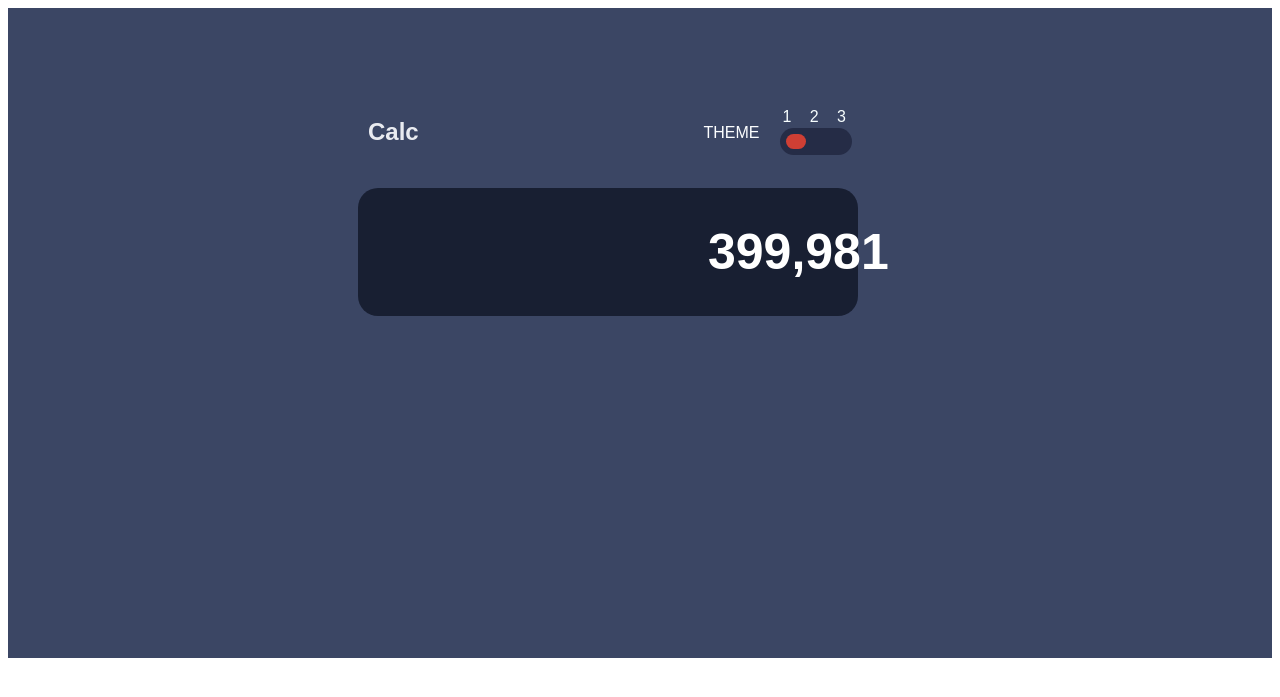
Repository: Bakyproit/Calcutor
Page: SimpleCalculatorApp.html
The author's editor kept a copy of each file at every save. The page is drawn from the files as they stood at one save, then again after the next save.
The browser window is 1280 px wide. The pictures show the whole page.

Above is the page before, as saved 2022-02-09 16:10:28.

### SimpleCalculatorApp.html
<!DOCTYPE html>
<html lang="en">
<head>
    <meta charset="UTF-8">
    <meta http-equiv="X-UA-Compatible" content="IE=edge">
    <meta name="viewport" content="width=device-width, initial-scale=1.0">
    <title>SimpleCalculatorApp</title>
    <link rel="stylesheet" href="asset/App.css">
    <link rel="stylesheet" href="asset/grid.css">
</head>
<body>
    <div class="container">
        <div class="app">
            <div class="app__title">
                <h1 class="app__title-name">Calc</h1>
                <div class="app__title-theme">
                    <p class="app__title-theme-name">THEME</p>
                    <div class="app__title-theme-box">
                        <div class="app__title-theme-box-number">
                            <span class="app__title-theme-box-number-1">1</span>
                            <span class="app__title-theme-box-number-2">2</span>
                            <span class="app__title-theme-box-number-3">3</span>
                        </div>
                        <div class="app__title-theme-box-toggle">
                            <label for="toggle-input" class="toggle">
                                <input type="checkbox" id="toggle-input" class="toggle__checkbox">
                                <div class="toggle__bar">
                                    <div class="toggle__spin"></div>
                                </div>
                            </label>
                        </div>
                    </div>
                </div>
            </div>

            <div class="app__content">
                <h1 class="app__content-number">399,981</h1>
            </div>
        </div>
    </div>
</body>
</html>

### asset/App.css
html{
    font-family:Arial, Helvetica, sans-serif ;
    box-sizing: border-box;
    padding: 0 ;
    margin: 0;
}
h1{
    margin: 0;
}

.container{
    height: 650px;
    width: 100%;
    background-color: #3b4664;
    position: relative;
}
.app{
    width: 500px;
    position:absolute ;
    top:100px ;
    left:350px;

}
.app__title{
    display: flex;
    justify-content:space-between;

}
.app__title-name{
    color : #e9ebf0 ;
    font-size: 24px;
    padding: 10px;
}
.app__title-theme{
    display: flex;
}
.app__title-theme-name{
    color :20px ;
    color:#fcfeff ;
    margin-right: 16px;
}
.app__title-theme-box{
    display: flex;
    flex-direction: column;
    padding-right: 5px;
}
.app__title-theme-box-number{
    color : #f8ffff ;
}
.app__title-theme-box-number-1{
    padding: 0 7px;
}
.app__title-theme-box-number-2{
    padding: 0 7px;

}
.app__title-theme-box-number-3{
    padding: 0 7px;

}
.app__title-theme-box-toggle{
    padding-top: 2px;
    padding-left: 5px;
}
.toggle__checkbox{
    display: none;
}
.toggle__bar{
    width: 60px;
    height: 15px;
    background-color: #252c46;
    border-radius: 5rem;
    /* transition: background-color 4s linear; */
    padding: 6px;
}
.toggle__spin{
    width: 20px;
    height: 15px;
    background-color: #cf3f34;
    border-radius: 3rem;
    transition: transform .3s linear;
}
.toggle__checkbox:checked ~ .toggle__bar{
    background-color: #a2aac6;
}
.toggle__checkbox:checked + .toggle__bar .toggle__spin {
    transform: translateX(2.5rem);
}


.app__content{
    background-color: #181f32;
    margin:30px 0;
    border-radius: 20px;
}
.app__content-number{
    padding: 35px 0 ;
    padding-left: 350px;
    color: #fff ;
    font-size: 50px;

}

### asset/grid.css
.grid {
    width: 100%;
    display: block;
    padding: 0;

}

.grid.wide {
    max-width: 1200px;
    margin: 0 auto;
}

.row {
    display: flex;
    flex-wrap: wrap;
    margin-left: -4px;
    margin-right: -4px;
}

.row.no-gutters {
    margin-left: 0;
    margin-right: 0;
}

.col {
    padding-left: 4px;
    padding-right: 4px;
}

.row.no-gutters .col {
    padding-left: 0;
    padding-right: 0;
}

.c-0 {
    display: none;
}

.c-1 {
    flex: 0 0 8.33333%;
    max-width: 8.33333%;
}

.c-2 {
    flex: 0 0 16.66667%;
    max-width: 16.66667%;
}

.c-3 {
    flex: 0 0 25%;
    max-width: 25%;
}

.c-4 {
    flex: 0 0 33.33333%;
    max-width: 33.33333%;
}

.c-5 {
    flex: 0 0 41.66667%;
    max-width: 41.66667%;
}

.c-6 {
    flex: 0 0 50%;
    max-width: 50%;
}

.c-7 {
    flex: 0 0 58.33333%;
    max-width: 58.33333%;
}

.c-8 {
    flex: 0 0 66.66667%;
    max-width: 66.66667%;
}

.c-9 {
    flex: 0 0 75%;
    max-width: 75%;
}

.c-10 {
    flex: 0 0 83.33333%;
    max-width: 83.33333%;
}

.c-11 {
    flex: 0 0 91.66667%;
    max-width: 91.66667%;
}

.c-12 {
    flex: 0 0 100%;
    max-width: 100%;
}

.c-o-1 {
    margin-left: 8.33333%;
}

.c-o-2 {
    margin-left: 16.66667%;
}

.c-o-3 {
    margin-left: 25%;
}

.c-o-4 {
    margin-left: 33.33333%;
}

.c-o-5 {
    margin-left: 41.66667%;
}

.c-o-6 {
    margin-left: 50%;
}

.c-o-7 {
    margin-left: 58.33333%;
}

.c-o-8 {
    margin-left: 66.66667%;
}

.c-o-9 {
    margin-left: 75%;
}

.c-o-10 {
    margin-left: 83.33333%;
}

.c-o-11 {
    margin-left: 91.66667%;
}

/* >= Tablet */
@media (min-width: 740px) {
    .row {
        margin-left: -8px;
        margin-right: -8px;
    }

    .col {
        padding-left: 8px;
        padding-right: 8px;
    }

    .m-0 {
        display: none;
    }

    .m-1,
    .m-2,
    .m-3,
    .m-4,
    .m-5,
    .m-6,
    .m-7,
    .m-8,
    .m-9,
    .m-10,
    .m-11,
    .m-12 {
        display: block;
    }

    .m-1 {
        flex: 0 0 8.33333%;
        max-width: 8.33333%;
    }

    .m-2 {
        flex: 0 0 16.66667%;
        max-width: 16.66667%;
    }

    .m-3 {
        flex: 0 0 25%;
        max-width: 25%;
    }

    .m-4 {
        flex: 0 0 33.33333%;
        max-width: 33.33333%;
    }

    .m-5 {
        flex: 0 0 41.66667%;
        max-width: 41.66667%;
    }

    .m-6 {
        flex: 0 0 50%;
        max-width: 50%;
    }

    .m-7 {
        flex: 0 0 58.33333%;
        max-width: 58.33333%;
    }

    .m-8 {
        flex: 0 0 66.66667%;
        max-width: 66.66667%;
    }

    .m-9 {
        flex: 0 0 75%;
        max-width: 75%;
    }

    .m-10 {
        flex: 0 0 83.33333%;
        max-width: 83.33333%;
    }

    .m-11 {
        flex: 0 0 91.66667%;
        max-width: 91.66667%;
    }

    .m-12 {
        flex: 0 0 100%;
        max-width: 100%;
    }

    .m-o-1 {
        margin-left: 8.33333%;
    }

    .m-o-2 {
        margin-left: 16.66667%;
    }

    .m-o-3 {
        margin-left: 25%;
    }

    .m-o-4 {
        margin-left: 33.33333%;
    }

    .m-o-5 {
        margin-left: 41.66667%;
    }

    .m-o-6 {
        margin-left: 50%;
    }

    .m-o-7 {
        margin-left: 58.33333%;
    }

    .m-o-8 {
        margin-left: 66.66667%;
    }

    .m-o-9 {
        margin-left: 75%;
    }

    .m-o-10 {
        margin-left: 83.33333%;
    }

    .m-o-11 {
        margin-left: 91.66667%;
    }
}

/* PC medium resolution > */
@media (min-width: 1113px) {
    .row {
        margin-left: -6px;
        margin-right: -6px;
    }

    .row.sm-gutter {
        margin-left: -5px;
        margin-right: -5px;
    }

    .col {
        padding-left: 6px;
        padding-right: 6px;
    }

    .row.sm-gutter .col {
        padding-left: 5px;
        padding-right: 5px;
    }

    .l-0 {
        display: none;
    }

    .l-1,
    .l-2,
    .l-2-4,
    .l-3,
    .l-4,
    .l-5,
    .l-6,
    .l-7,
    .l-8,
    .l-9,
    .l-10,
    .l-11,
    .l-12 {
        display: block;
    }

    .l-1 {
        flex: 0 0 8.33333%;
        max-width: 8.33333%;
    }

    .l-2 {
        flex: 0 0 16.66667%;
        max-width: 16.66667%;
    }

    .l-2-4 {
        flex: 0 0 20%;
        max-width: 20%;
    }

    .l-3 {
        flex: 0 0 25%;
        max-width: 25%;
    }

    .l-4 {
        flex: 0 0 33.33333%;
        max-width: 33.33333%;
    }

    .l-5 {
        flex: 0 0 41.66667%;
        max-width: 41.66667%;
    }

    .l-6 {
        flex: 0 0 50%;
        max-width: 50%;
    }

    .l-7 {
        flex: 0 0 58.33333%;
        max-width: 58.33333%;
    }

    .l-8 {
        flex: 0 0 66.66667%;
        max-width: 66.66667%;
    }

    .l-9 {
        flex: 0 0 75%;
        max-width: 75%;
    }

    .l-10 {
        flex: 0 0 83.33333%;
        max-width: 83.33333%;
    }

    .l-11 {
        flex: 0 0 91.66667%;
        max-width: 91.66667%;
    }

    .l-12 {
        flex: 0 0 100%;
        max-width: 100%;
    }

    .l-o-1 {
        margin-left: 8.33333%;
    }

    .l-o-2 {
        margin-left: 16.66667%;
    }

    .l-o-3 {
        margin-left: 25%;
    }

    .l-o-4 {
        margin-left: 33.33333%;
    }

    .l-o-5 {
        margin-left: 41.66667%;
    }

    .l-o-6 {
        margin-left: 50%;
    }

    .l-o-7 {
        margin-left: 58.33333%;
    }

    .l-o-8 {
        margin-left: 66.66667%;
    }

    .l-o-9 {
        margin-left: 75%;
    }

    .l-o-10 {
        margin-left: 83.33333%;
    }

    .l-o-11 {
        margin-left: 91.66667%;
    }
}

/* Tablet - PC low resolution */
@media (min-width: 740px) and (max-width: 1023px) {
    .wide {
        width: 644px;
    }
}

/* > PC low resolution */
@media (min-width: 1024px) and (max-width: 1239px) {
    .wide {
        width: 984px;
    }

    .wide .row {
        margin-left: -12px;
        margin-right: -12px;
    }

    .wide .row.sm-gutter {
        margin-left: -5px;
        margin-right: -5px;
    }

    .wide .col {
        padding-left: 12px;
        padding-right: 12px;
    }

    .wide .row.sm-gutter .col {
        padding-left: 5px;
        padding-right: 5px;
    }

    .wide .l-0 {
        display: none;
    }

    .wide .l-1,
    .wide .l-2,
    .wide .l-2-4,
    .wide .l-3,
    .wide .l-4,
    .wide .l-5,
    .wide .l-6,
    .wide .l-7,
    .wide .l-8,
    .wide .l-9,
    .wide .l-10,
    .wide .l-11,
    .wide .l-12 {
        display: block;
    }

    .wide .l-1 {
        flex: 0 0 8.33333%;
        max-width: 8.33333%;
    }

    .wide .l-2 {
        flex: 0 0 16.66667%;
        max-width: 16.66667%;
    }

    .wide .l-2-4 {
        flex: 0 0 20%;
        max-width: 20%;
    }

    .wide .l-3 {
        flex: 0 0 25%;
        max-width: 25%;
    }

    .wide .l-4 {
        flex: 0 0 33.33333%;
        max-width: 33.33333%;
    }

    .wide .l-5 {
        flex: 0 0 41.66667%;
        max-width: 41.66667%;
    }

    .wide .l-6 {
        flex: 0 0 50%;
        max-width: 50%;
    }

    .wide .l-7 {
        flex: 0 0 58.33333%;
        max-width: 58.33333%;
    }

    .wide .l-8 {
        flex: 0 0 66.66667%;
        max-width: 66.66667%;
    }

    .wide .l-9 {
        flex: 0 0 75%;
        max-width: 75%;
    }

    .wide .l-10 {
        flex: 0 0 83.33333%;
        max-width: 83.33333%;
    }

    .wide .l-11 {
        flex: 0 0 91.66667%;
        max-width: 91.66667%;
    }

    .wide .l-12 {
        flex: 0 0 100%;
        max-width: 100%;
    }

    .wide .l-o-1 {
        margin-left: 8.33333%;
    }

    .wide .l-o-2 {
        margin-left: 16.66667%;
    }

    .wide .l-o-3 {
        margin-left: 25%;
    }

    .wide .l-o-4 {
        margin-left: 33.33333%;
    }

    .wide .l-o-5 {
        margin-left: 41.66667%;
    }

    .wide .l-o-6 {
        margin-left: 50%;
    }

    .wide .l-o-7 {
        margin-left: 58.33333%;
    }

    .wide .l-o-8 {
        margin-left: 66.66667%;
    }

    .wide .l-o-9 {
        margin-left: 75%;
    }

    .wide .l-o-10 {
        margin-left: 83.33333%;
    }

    .wide .l-o-11 {
        margin-left: 91.66667%;
    }
}

After the next save:
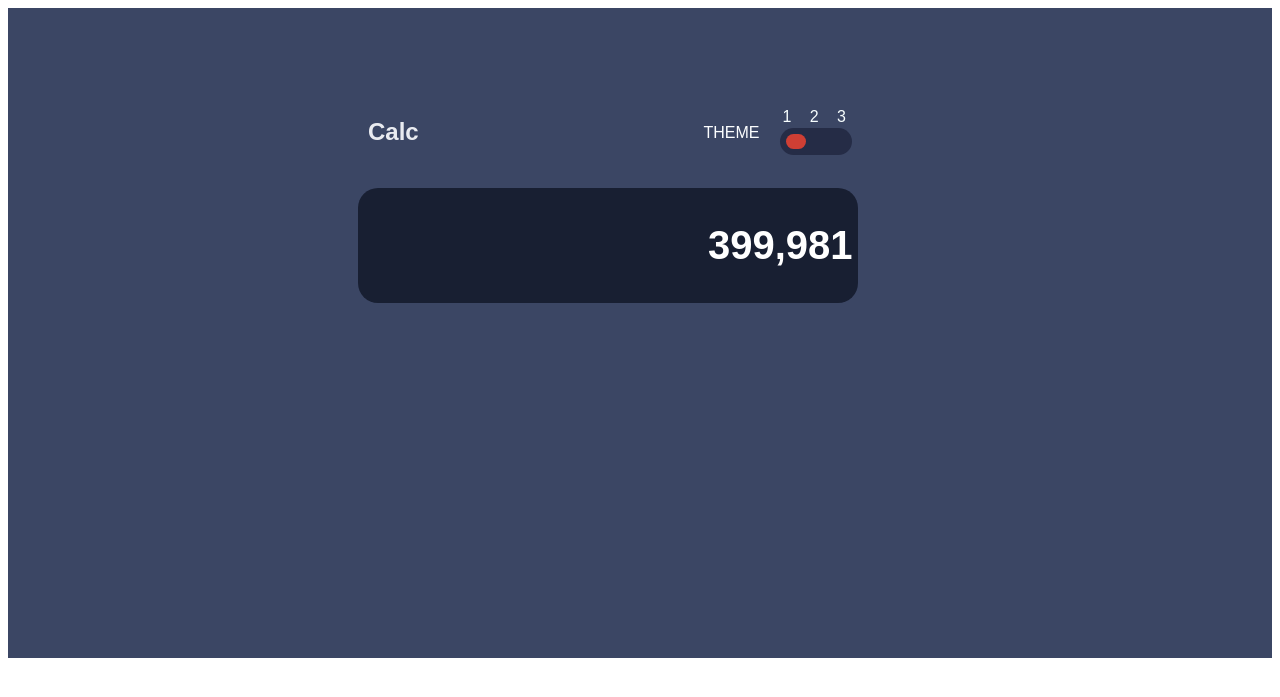
Saved 4 s later.
--- a/asset/App.css
+++ b/asset/App.css
@@ -97,6 +97,6 @@ h1{
     padding: 35px 0 ;
     padding-left: 350px;
     color: #fff ;
-    font-size: 50px;
+    font-size: 40px;
 
 }
